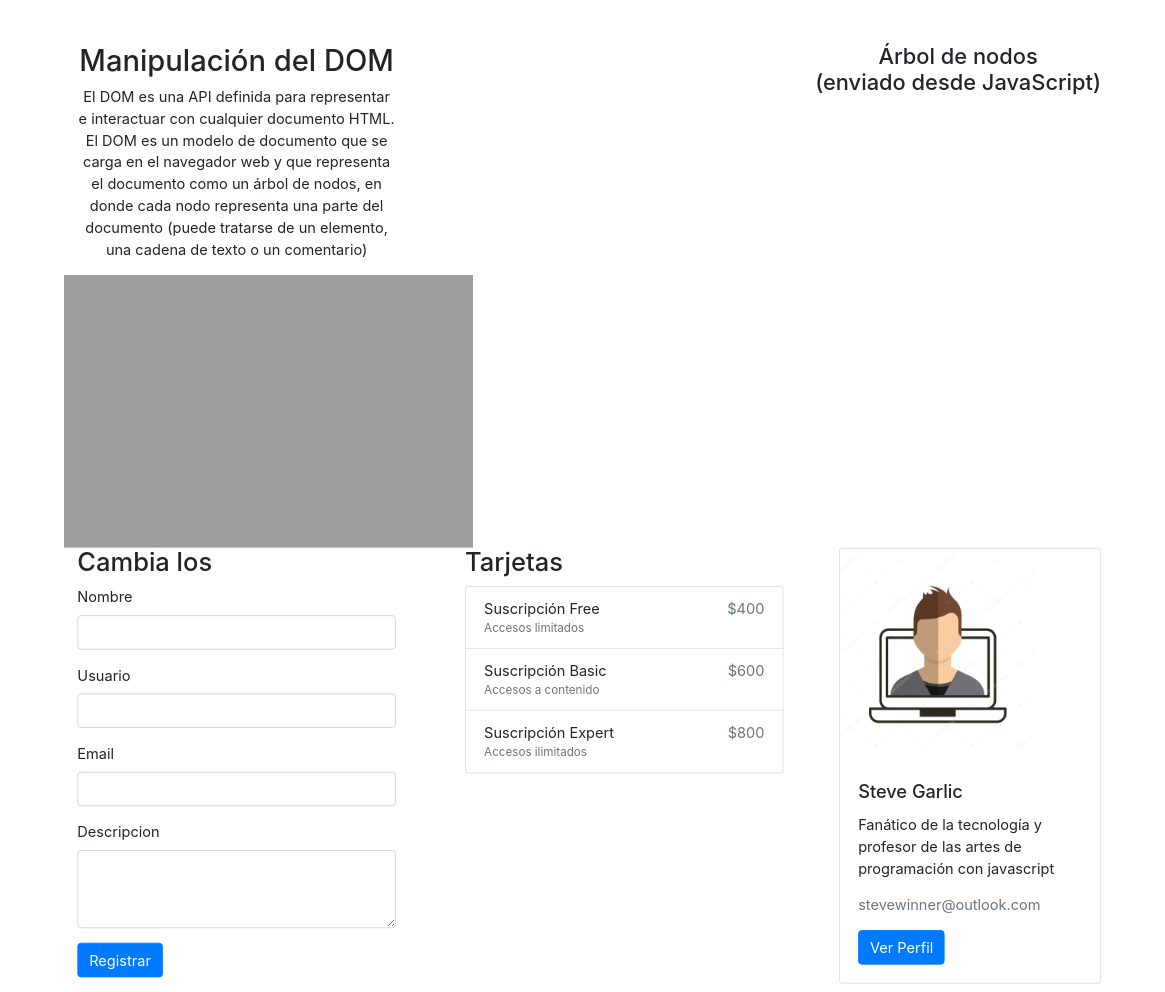
Repository: pedro-donoso/manipulacion-dom
Page: index.html
The author's editor kept a copy of each file at every save. The page is drawn from the files as they stood at one save, then again after the next save.
The browser window is 1280 px wide. The pictures show the whole page, at 91% of full size.
Pictures or frames that could not be fetched are drawn as grey boxes.

Above is the page before, as saved 2024-02-06 14:18:13.

### index.html
<!doctype html>
<html lang="es">

<head>
    <!-- Required meta tags -->
    <meta charset="utf-8">
    <meta name="viewport" content="width=device-width, initial-scale=1, shrink-to-fit=no">

    <!-- Bootstrap CSS -->
    <link rel="stylesheet" href="https://cdn.jsdelivr.net/npm/bootstrap@4.3.1/dist/css/bootstrap.min.css"
        integrity="sha384-ggOyR0iXCbMQv3Xipma34MD+dH/1fQ784/j6cY/iJTQUOhcWr7x9JvoRxT2MZw1T" crossorigin="anonymous">

    <title>Manipulación del DOM</title>
</head>

<body>

    <main class="container">

        <!-- 1- AGREGO CLASE container PARA MANIPULAR ESTE PÁRRAFO -->
        <div class="row mt-5 text-center justify-content-between" id="contenedor">
            <div class="col-4 col-md-4">
                <h2>Manipulación del DOM</h2>
                <p class="text-center">
                    El DOM es una API definida para representar e interactuar con cualquier documento HTML.
                    El DOM es un modelo de documento que se carga en el navegador web y que representa el documento como un árbol de
                    nodos, en donde cada nodo representa una parte del documento (puede tratarse de un elemento, una
                    cadena de texto o un comentario)
                </p>
            </div>
        </div>
        <div class="row justify-content-between">
            <div class="col-4 col-md-4">
                <h3>Cambia los </h3>
                <!-- 15- AGREGO id PARA ESCUCHAR EVENTO CLICK -->
                <form id="formulario">
                    <!-- 21- AGREGO ID DE CADA CAMPO -->
                    <label>Nombre</label>
                    <input type="text" class="form-control mb-3" id="nombre">
                    <label>Usuario</label>
                    <input type="text" class="form-control mb-3" id="usuario">
                    <label>Email</label>
                    <input type="email" class="form-control mb-3" id="email">
                    <label>Descripcion</label>
                    <textarea rows="3" class="form-control mb-3" id="descripcion"></textarea>
                    <div>
                        <button class="btn btn-primary mb-3">Registrar</button>
                    </div>
                </form>
            </div>
            <div class="col-4 col-md-4">
                <h3>Tarjetas</h3>
                <div class="card">
                    <ul class="list-group list-group-flush">
                        <li class="list-group-item d-flex justify-content-between">
                            <div class="d-flex flex-column">
                                <span>Suscripción Free</span>
                                <small class="text-muted">Accesos limitados</small>
                            </div>
                            <div>
                                <span class="text-muted">$400</span>
                            </div>
                        </li>
                        <li class="list-group-item d-flex justify-content-between">
                            <div class="d-flex flex-column">
                                <span>Suscripción Basic</span>
                                <small class="text-muted">Accesos a contenido</small>
                            </div>
                            <div>
                                <span class="text-muted">$600</span>
                            </div>
                        </li>
                        <li class="list-group-item d-flex justify-content-between">
                            <div class="d-flex flex-column">
                                <span>Suscripción Expert</span>
                                <small class="text-muted">Accesos ilimitados</small>
                            </div>
                            <div>
                                <span class="text-muted">$800</span>
                            </div>
                        </li>
                    </ul>
                </div>
            </div>

            <!-- 8- AGREGO CARD -->
        <!-- 13- AGREGO ID PARA CAPTURAR CONTENEDOR -->
        <div class="row" id="contenedor_tarjeta">

        </div>

        </div>

    </main>

    <!-- Optional JavaScript -->
    <!-- jQuery first, then Popper.js, then Bootstrap JS -->
    <script src="https://code.jquery.com/jquery-3.3.1.slim.min.js"
        integrity="sha384-q8i/X+965DzO0rT7abK41JStQIAqVgRVzpbzo5smXKp4YfRvH+8abtTE1Pi6jizo"
        crossorigin="anonymous"></script>
    <script src="https://cdn.jsdelivr.net/npm/popper.js@1.14.7/dist/umd/popper.min.js"
        integrity="sha384-UO2eT0CpHqdSJQ6hJty5KVphtPhzWj9WO1clHTMGa3JDZwrnQq4sF86dIHNDz0W1"
        crossorigin="anonymous"></script>
    <script src="https://cdn.jsdelivr.net/npm/bootstrap@4.3.1/dist/js/bootstrap.min.js"
        integrity="sha384-JjSmVgyd0p3pXB1rRibZUAYoIIy6OrQ6VrjIEaFf/nJGzIxFDsf4x0xIM+B07jRM"
        crossorigin="anonymous"></script>

    <script src="./app.js"></script>
</body>

</html>

### app.js
// 2- CREO VARIABLE PARA MANIPULAR HTML
let contenedor = document.querySelector("#contenedor");

// 3- CREAR ELEMENTO SUBTITULO Y LE AGREGO PROPIEDADES
let subtitulo = document.createElement("h4");
subtitulo.innerText = "Árbol de nodos \n (enviado desde JavaScript)";

// 4- OBTENER EL CUERPO DEL DOCUMENTO
let body = document.body;

// 5- AGREGAR EL NUEVO ELEMENTO AL CUERPO DEL DOCUMENTO
body.appendChild(subtitulo);

// 6- AGREGO IMAGEN
let imagen = document.createElement("img");
imagen.src =
  "https://www.freecodecamp.org/news/content/images/2021/09/Document.jpg";
imagen.width = "450";
imagen.height = "300";
imagen.alt = "árbol de nodos";

// 7- AGREGO ELEMENTOS AL CONTENEDOR
contenedor.append(subtitulo, imagen);

// 13- AGREGO CONSTRUCTOR
const autor = {
  nombre: "Steve Garlic",
  usuario: "",
  email: "stevewinner@outlook.com",
  descripcion:
    "Fanático de la tecnología y profesor de las artes de programación con javascript",
  imagen: "./img/icono.jpg"
};

// 19- Agrego const crearTarjeta y agrego todas las funciones del código
const crearTarjeta = () => {
  // 25- CREO DOCUMENTO VACIO
  document.querySelector("#contenedor_tarjeta").innerHTML = "";

  // 9- CREO ESTRUCTURA DEL CODIGO
  let columnaTarjeta = document.createElement("div");
  columnaTarjeta.className = "col";

  // 10- CREO TEMPLATE STRING DEL CONTENIDO DE LA TARJETA AUTOR
  // 14- AGREGO DATOS DEL CONSTRUCTOR (13)
  // 17- CREO EVENTO onclick
  // 19- LLAMAR A eventoClick CON event
  let tarjetaAutor = ` <div class="card" style="width: 18rem;">
        <img class="card-img-top pt-2 w-75" src="${autor.imagen}" alt="Card image cap">
        <div class="card-body">
        <h4 class="card-title">${autor.usuario}</h4>
            <h5 class="card-title">${autor.nombre}</h5>
            <p class="card-text">${autor.descripcion}</p>
            <p class="text-muted">${autor.email}</p>
            <button class="btn btn-primary" onclick="eventoClick(event)">Ver Perfil</button>
        </div>
    </div>`;

  // 11- AGREGO TEMPLATE STRING A columnaTarjeta (HIJO)
  columnaTarjeta.innerHTML = tarjetaAutor;

  // 12- AGREGO columnaTarjeta AL CONTENEDOR (PADRE) MEDIANTE LA SELECCIÓN DEL ID #contenedor_tarjeta
  document.querySelector("#contenedor_tarjeta").append(columnaTarjeta);
};

// 16- Creo constante modificarAutor para agregarla al form en index.html, la función recibirá un evento
  const modificarAutor= (event) => {
    console.log(event);
    event.preventDefault();

    // 22- CAPTURO CAMPOS DEL FORMULARIO
    let nombre = document.querySelector("#nombre").value;
    let usuario = document.querySelector("#usuario").value;
    let email = document.querySelector("#email").value;
     let descripcion = document.querySelector("#descripcion").value;

    // 23- LLAMO A LA CONSTANTE AUTOR
    autor.nombre = nombre;
    autor.usuario = usuario;
    autor.email = email;
    autor.descripcion = descripcion;

    // 24- SE VUELVE A CREAR LA TARJETA CON LOS NUEVOS DATOS
    crearTarjeta();
  };


// 18- CAPTURO EVENTO CLIC DEL BOTON EN EL form MEDIANTE EL ID formulario
document.getElementById("formulario").addEventListener("submit",modificarAutor);

// 20- LLAMO A LA FUNCIÓN
crearTarjeta();

After the next save:
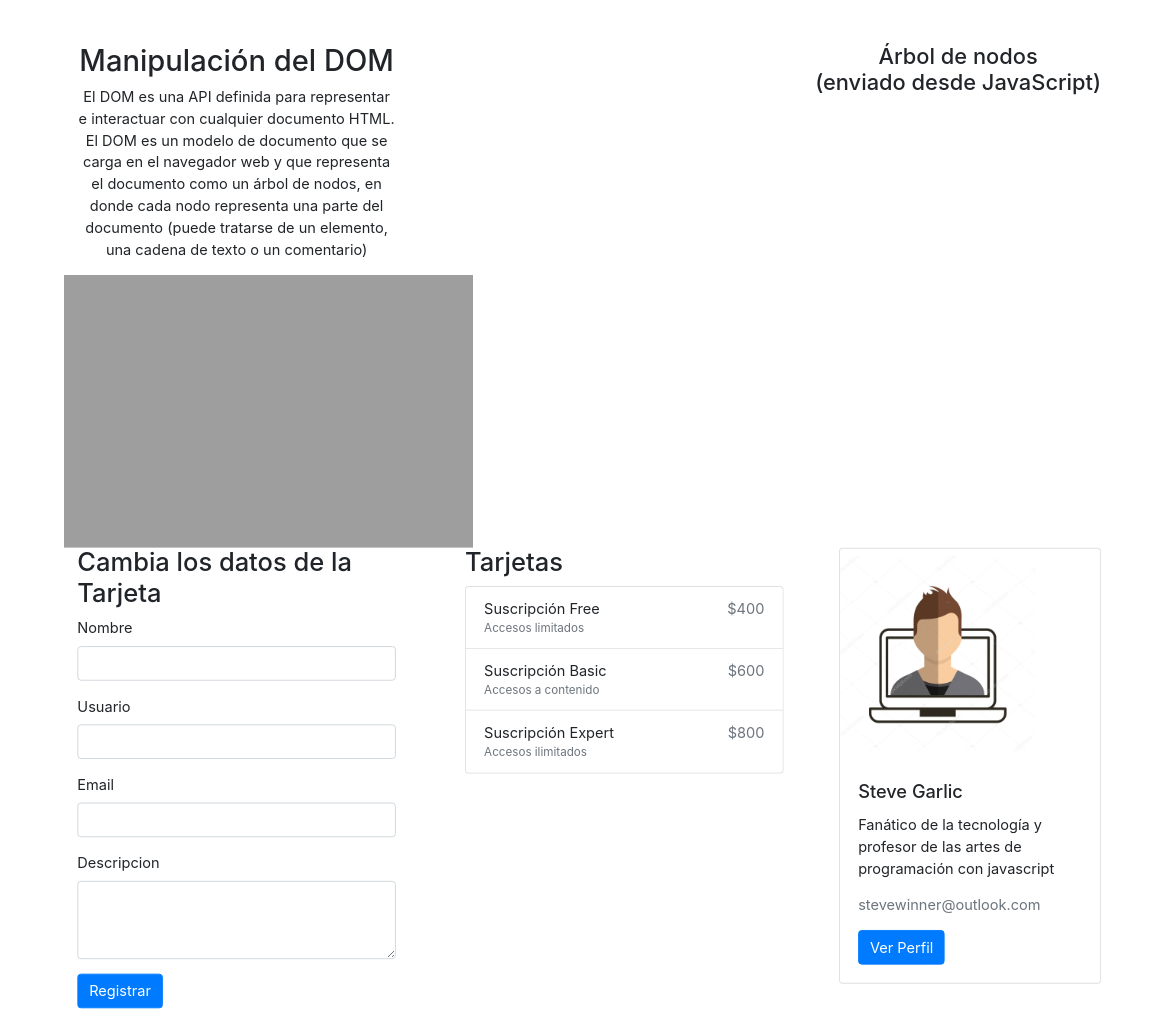
Saved 5 s later.
--- a/index.html
+++ b/index.html
@@ -31,7 +31,7 @@
         </div>
         <div class="row justify-content-between">
             <div class="col-4 col-md-4">
-                <h3>Cambia los </h3>
+                <h3>Cambia los datos de la Tarjeta</h3>
                 <!-- 15- AGREGO id PARA ESCUCHAR EVENTO CLICK -->
                 <form id="formulario">
                     <!-- 21- AGREGO ID DE CADA CAMPO -->
